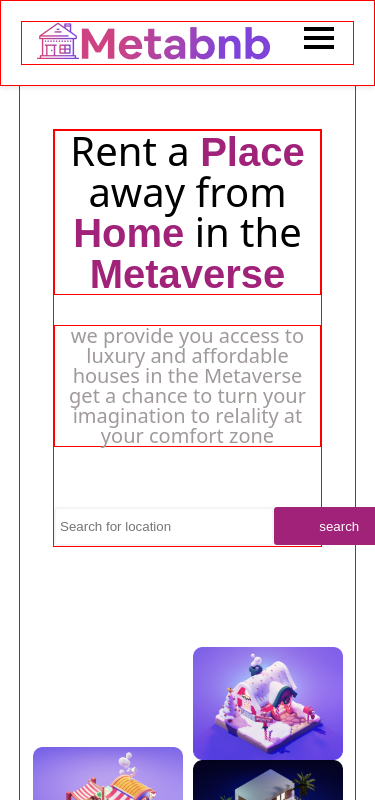
Repository: trenzyfx1/Metabnb
Page: index.html
These files come from the project's save history. The page is drawn as it stood at one moment and after a run of saves; the edit follows.
The browser window is 375 px wide. The pictures show the whole page.
An inner scrolling area shows only its first screen.

Above is the page before, as saved 2025-05-12 15:19:34.

### index.html
<!DOCTYPE html>
<html lang="en">

<head>
    <meta charset="UTF-8">
    <meta name="viewport" content="width=device-width, initial-scale=1.0">
    <link rel="stylesheet" href="./style.css">
    <link rel="icon" href="/images/Capture.PNG" type="image/x-icon">
    <link rel="stylesheet" href="https://cdnjs.cloudflare.com/ajax/libs/font-awesome/4.7.0/css/font-awesome.min.css">
    <title>Metabnb</title>
</head>

<body>
    <header class="desktop-header">
        <a href="#" class="logo-container">
            <img class="logo" src="./images/logo.png" alt="logo">
        </a>
        <nav>
            <ul class="desktop-menu">
                <li><a class="a" href="home">Home</a></li>
                <li><a class="a" href="place to stay">Place to Stay</a></li>
                <li><a class="a" href="nfts">NFTs</a></li>
                <li><a class="a" href="community">Community</a></li>
            </ul>
        </nav>
        <div>
            <button type="button" class="connect">Connect Wallet</button>
        </div>
    </header>
    <header class="moblie-header">
        <nav class="navbar">
            <div>
                <a href="#" class="logo-container">
                    <img class="logo" src="./images/logo.png" alt="logo">
                </a>
            </div>
            <div class="menu-icon" id="menu-icon">
                <div class="line"></div>
                <div class="line"></div>
                <div class="line"></div>
            </div>
        </nav>
        <nav class="menu" id="menu">
            <ul>
                <li><a class="a" href="">Home</a></li>
                <li><a class="a" href="">Place to Stay</a></li>
                <li><a class="a" href="">NFTs</a></li>
                <li><a class="a" href="">Community</a></li>
            </ul>
            <div>
                <button type="button" class="connect">Connect Wallet</button>
            </div>
        </nav>
    </header>

    <section class="intro-section">
        <div class="body">
            <div class="welcome1">
                <h1 class="welcome">Rent a <span>Place</span> away from <span>Home</span> in the <span>Metaverse</span>
                </h1>
                <p class="p">we provide you access to luxury and affordable houses
                    in the Metaverse get a chance to turn your
                    imagination to relality at your comfort zone
                </p>
            </div>
            <div class="welcome2">
                <h1 class="welcome">Rent a <span>Place</span> away from <span>Home</span> in the <span>Metaverse</span>
                </h1>
                <p class="p">we provide you access to luxury and affordable houses
                    in the Metaverse get a chance to turn your
                    imagination to relality at your comfort zone
                </p>
            </div>
            <div class="input">
                <input type="text" placeholder=" Search for location">
                <button class="search" type="button">search</button>
            </div>
        </div>
        <div class="image-container">
            <div class="image-container1">
                <img src="./images/image1.png" alt="">
                <img src="./images/image3.png" alt="">
            </div>
            <div class="image-container2">
                <img src="./images/image2.png" alt="">
                <img src="./images/image4.png" alt="">
            </div>
        </div>
    </section>
    <section class="partners-section">
        <div class="section">
            <ul class="ul">
                <li>
                    <img class="logo1" src="./images/logo1.png" alt="1">
                    <p>MBToken</p>
                </li>
                <li>
                    <img class="logo2" src="./images/logo2.png" alt="2">
                    <p>METAMASK</p>
                </li>
                <li>
                    <img class="logo3" src="./images/logo3.png" alt="3">
                    <p> OpenSea</p>
                </li>
            </ul>
        </div>
    </section>
    <div class="desertking">
        <h2 class="h2">Inspiration for your next adventure</h2>
        <div class="desertking-cards">
            <div class="frame">
                <div class="heart">
                    <i class="fa fa-heart"></i>
                </div>
                <div class="img-div">
                    <img src="./images/Frame1.png" alt="places1">
                </div>
                <div class="div-text-cont">
                    <div class="div-text">
                        <p>Desert king</p>
                        <p>1MBT per night.</p>
                    </div>
                    <div class="div-text">
                        <p>1345km away</p>
                        <p>avaliable for two weeks stay.</p>
                    </div>
                </div>
                <div>
                    <ul class="star">
                        <li> <i class="fa fa-star"></i></li>
                        <li> <i class="fa fa-star"></i></li>
                        <li> <i class="fa fa-star"></i></li>
                        <li> <i class="fa fa-star"></i></li>
                        <li> <i class="fa fa-star"></i></li>
                    </ul>
                </div>
            </div>

            <div class="frame">
                <div class="heart">
                    <i class="fa fa-heart"></i>
                </div>
                <div class="img-div">
                    <img src="./images/Frame2.png" alt="places2">
                </div>
                <div class="div-text-cont">
                    <div class="div-text">
                        <p>Desert king</p>
                        <p>1MBT per night.</p>
                    </div>
                    <div class="div-text">
                        <p>1345km away</p>
                        <p>avaliable for two weeks stay.</p>
                    </div>
                </div>
                <div>
                    <ul class="star">
                        <li> <i class="fa fa-star"></i></li>
                        <li> <i class="fa fa-star"></i></li>
                        <li> <i class="fa fa-star"></i></li>
                        <li> <i class="fa fa-star"></i></li>
                        <li> <i class="fa fa-star"></i></li>
                    </ul>
                </div>
            </div>

            <div class="frame">
                <div class="heart">
                    <i class="fa fa-heart"></i>
                </div>
                <div class="img-div">
                    <img src="./images/Frame3.png" alt="places3">
                </div>
                <div class="div-text-cont">
                    <div class="div-text">
                        <p>Desert king</p>
                        <p>1MBT per night.</p>
                    </div>
                    <div class="div-text">
                        <p>1345km away</p>
                        <p>avaliable for two weeks stay.</p>
                    </div>
                </div>
                <div>
                    <ul class="star">
                        <li> <i class="fa fa-star"></i></li>
                        <li> <i class="fa fa-star"></i></li>
                        <li> <i class="fa fa-star"></i></li>
                        <li> <i class="fa fa-star"></i></li>
                        <li> <i class="fa fa-star"></i></li>
                    </ul>
                </div>
            </div>

            <div class="frame">
                <div class="heart">
                    <i class="fa fa-heart"></i>
                </div>
                <div class="img-div">
                    <img src="./images/Frame4.png" alt="places4">
                </div>
                <div class="div-text-cont">
                    <div class="div-text">
                        <p>Desert king</p>
                        <p>1MBT per night.</p>
                    </div>
                    <div class="div-text">
                        <p>1345km away</p>
                        <p>avaliable for two weeks stay.</p>
                    </div>
                </div>
                <div>
                    <ul class="star">
                        <li> <i class="fa fa-star"></i></li>
                        <li> <i class="fa fa-star"></i></li>
                        <li> <i class="fa fa-star"></i></li>
                        <li> <i class="fa fa-star"></i></li>
                        <li> <i class="fa fa-star"></i></li>
                    </ul>
                </div>
            </div>

            <div class="frame">
                <div class="heart">
                    <i class="fa fa-heart"></i>
                </div>
                <div class="img-div">
                    <img src="./images/Frame5.png" alt="places5">
                </div>
                <div class="div-text-cont">
                    <div class="div-text">
                        <p>Desert king</p>
                        <p>1MBT per night.</p>
                    </div>
                    <div class="div-text">
                        <p>1345km away</p>
                        <p>avaliable for two weeks stay.</p>
                    </div>
                </div>
                <div>
                    <ul class="star">
                        <li> <i class="fa fa-star"></i></li>
                        <li> <i class="fa fa-star"></i></li>
                        <li> <i class="fa fa-star"></i></li>
                        <li> <i class="fa fa-star"></i></li>
                        <li> <i class="fa fa-star"></i></li>
                    </ul>
                </div>
            </div>

            <div class="frame">
                <div class="heart">
                    <i class="fa fa-heart"></i>
                </div>
                <div class="img-div">
                    <img src="./images/Frame6.png" alt="places6">
                </div>
                <div class="div-text-cont">
                    <div class="div-text">
                        <p>Desert king</p>
                        <p>1MBT per night.</p>
                    </div>
                    <div class="div-text">
                        <p>1345km away</p>
                        <p>avaliable for two weeks stay.</p>
                    </div>
                </div>
                <div>
                    <ul class="star">
                        <li> <i class="fa fa-star"></i></li>
                        <li> <i class="fa fa-star"></i></li>
                        <li> <i class="fa fa-star"></i></li>
                        <li> <i class="fa fa-star"></i></li>
                        <li> <i class="fa fa-star"></i></li>
                    </ul>
                </div>
            </div>

            <div class="frame">
                <div class="heart">
                    <i class="fa fa-heart"></i>
                </div>
                <div class="img-div">
                    <img src="./images/Frame7.png" alt="places7">
                </div>
                <div class="div-text-cont">
                    <div class="div-text">
                        <p>Desert king</p>
                        <p>1MBT per night.</p>
                    </div>
                    <div class="div-text">
                        <p>1345km away</p>
                        <p>avaliable for two weeks stay.</p>
                    </div>
                </div>
                <div>
                    <ul class="star">
                        <li> <i class="fa fa-star"></i></li>
                        <li> <i class="fa fa-star"></i></li>
                        <li> <i class="fa fa-star"></i></li>
                        <li> <i class="fa fa-star"></i></li>
                        <li> <i class="fa fa-star"></i></li>
                    </ul>
                </div>
            </div>

            <div class="frame">
                <div class="heart">
                    <i class="fa fa-heart"></i>
                </div>
                <div class="img-div">
                    <img src="./images/Frame8.png" alt="places8">
                </div>
                <div class="div-text-cont">
                    <div class="div-text">
                        <p>Desert king</p>
                        <p>1MBT per night.</p>
                    </div>
                    <div class="div-text">
                        <p>1345km away</p>
                        <p>avaliable for two weeks stay.</p>
                    </div>
                </div>
                <div>
                    <ul class="star">
                        <li> <i class="fa fa-star"></i></li>
                        <li> <i class="fa fa-star"></i></li>
                        <li> <i class="fa fa-star"></i></li>
                        <li> <i class="fa fa-star"></i></li>
                        <li> <i class="fa fa-star"></i></li>
                    </ul>
                </div>
            </div>
        </div>
    </div>
    <div class="NFTs">
        <div class="NFTs-container">
            <div class="desktop-nfts">
                <h1 class="section3">Metabnb NFTs</h1>
                <p class="discover">discover your NFTs gift cards collections, loyal <br>
                    costomers get amazing gift cars which are <br>
                    traded as NFTs, these NFTs gives our costomers access <br>
                    to loads of our exclusive services.
                </p>
                <button type="button" class="learn-more">learn more</button>
            </div>
            <div class="moblie-nfts-480">
                <h1 class="section3">Metabnb NFTs</h1>
                <p class="discover">discover your NFTs gift cards collections, loyal <br>
                    costomers get amazing gift cars which are <br>
                    traded as NFTs, these NFTs gives our costomers access <br>
                    to loads of our exclusive services.
                </p>
                <button type="button" class="learn-more">learn more</button>
            </div>
            <div class="moblie-nfts-768">
                <h1 class="section3">Metabnb NFTs</h1>
                <p class="discover">discover your NFTs gift cards collections, loyal <br>
                    costomers get amazing gift cars which are <br>
                    traded as NFTs, these NFTs gives our costomers access <br>
                    to loads of our exclusive services.
                </p>
                <button type="button" class="learn-more">learn more</button>
            </div>
        </div>
        <div class="rooms">
            <img src="./images/rooms.png" alt="rooms">
        </div>
    </div>
    <footer>
        <div class="footer-items ">
            <div class="home">
                <img class="home" src="./images/Vector2.png" alt="NFTs">
                <h1 class="footer">Metabnb</h1>
            </div>
            <div class="facebook">
                <img src="./images/facebook.png" alt="facebook"><br>
                <img src="./images/instagram.png" alt="IG"><br>
                <img src="./images/twitter.png" alt="x">
            </div>
        </div>
        <div class="footer-links">
            <div class="footer-container footer-mobile">
                <h2>hub</h2>
                <a href="">NFT</a>
                <a href="">tokens</a>
                <a href="">discord</a>
                <a href="">landlords</a>
            </div>
            <div class="footer-container footer-mobile">
                <h2>places</h2>
                <a href="">farms</a>
                <a href="">beach</a>
                <a href="">learn</a>
                <a href="">castle</a>
            </div>
            <div class="footer-container footer-mobile">
                <h2>about</h2>
                <a href="">road</a>
                <a href="">creators</a>
                <a href="">career</a>
                <a href="">contact</a>
            </div>
        </div>
        <h6 class="h6">@ 2022 Metabnb</h6>
    </footer>


    <script src="./moblie.js"></script>
</body>

</html>

### style.css
* {
    margin: 0;
    padding: 0;
    box-sizing: border-box;
    font-family: Arial, sans-serif;
  }

html,
body {
    padding: 0;
    margin: 0;
    width: 100%;
    height: 100vh;
    overflow-x: hidden;
    font-family: sans-serif;
    background-color: #fff;
    transition: background-color 0.3s, color 0.3s;
    scroll-behavior: smooth;
}

.desktop-header,
nav,
.desktop-menu,
.intro-section,
.input,
.star {
    display: flex;
    flex-direction: row;

}

.desktop-header {
    justify-content: space-between;
    padding: 30px 100px;
}

.moblie-header {
    display: none;
}



ul,
li {
    justify-content: center;
    align-items: center;
    gap: 50px;


}



.a {
    text-decoration: none;
    color: #000;
}

li {
    list-style: none;
}


.connect {
    border: none;
    border-radius: 10px;
    background-color: #A02279;
    color: #fff;
    height: 48px;
    width: 170px;
    cursor: pointer;
    transition: background-color 0.5s ease, transform 0.3s ease ;

}

.moblie-header .connect {
    border: none;
    border-radius: 10px;
    background-color: #fff;
    color: #000;
    height: 48px;
    width: 100px;
    cursor: pointer
}

.welcome2 {
    display: none;
}

.intro-section {
    margin: 100px;
    justify-content: space-between;
    /* max-height: 459px; */
    font-family: sans-serif;
}

.intro-section .body {
    width: 646px;
    display: flex;
    flex-direction: column;
    gap: 30px;
}

.intro-section .body h1 {
    font-weight: 500;
    font-size: 50px;
    line-height: 1;

}

.intro-section .body p {
    font-size: 20px;
    color: #a09a9a;

}

span {
    color: #A02279;
    font-weight: bold;
}



.intro-section .body .input input {
    width: 220px;
    padding-top: 10px;
    padding-bottom: 10px;
    border-radius: 3px;
    border: 2.5px solid whitesmoke;
}

.search {
    border: none;
    border-radius: 3px;
    background-color: #A02279;
    color: #fff;
    height: 38px;
    width: 130px;
    cursor: pointer;
    transition: background-color 0.5s ease, transform 0.3s ease ;
}

.intro-section .image-container {
    display: flex;
    flex-direction: row;
    gap: 10px;
}

.intro-section .image-container .image-container1 {
    margin-top: 100px;
    display: flex;
    flex-direction: column;


}

.intro-section .image-container .image-container2 {
    display: flex;
    flex-direction: column;

}

.partners-section {
    background-color: #A02279;
    color: #fff;
}

.partners-section .section ul {
    display: flex;
    flex-direction: row;
    gap: 10px;
    justify-content: space-around;
}

.partners-section .section ul li {
    display: flex;
    flex-direction: row;
    gap: 10px;
    font-weight: bold;
    font-family: sans-serif;

}


.desertking {
    /* margin: 100px; */
    margin: 50px;
}

.h2 {
    text-align: center;
    font-family: sans-serif;
}



.desertking-cards {
    display: flex;
    flex-direction: row;
    gap: 20px;
    flex-wrap: wrap;

}

.frame {
    background-color: #fff;
    padding: 20px;
    border-radius: 15px;
    border: 0.5px solid #000;
    position: relative;
    max-width: 100%;
    box-shadow: 0 4px 6px rgba(0, 0, 0, 0.1);
    transition: transform 0.5s ease, box-shadow 0.3s ease;
}

.frame:hover {
    transform: scale(1.05);
    box-shadow: 0 8px 12px rgba(0, 0, 0, 0.2);
}

.frame .img-div {
    max-width: 100%;
}

.frame .img-div img {
    width: 100%;
}


.div-text {
    display: flex;
    flex-direction: row;
    justify-content: space-around;
    gap: 5px;
    font-size: 16px;
    max-width: 100%;
}

.heart {
    position: absolute;
    left: 265px;
    top: 29px;
    font-size: 25px;
    color: #fff;
}

.star {
    display: flex;
    gap: 10px;
    color: #A02279;
    justify-content: left;
    padding: 0%;

}

.moblie-nfts-768, .moblie-nfts-480 {
    display: none;
}

.desktop-nfts {
    display: flex;
    flex-direction: column;
}


.NFTs {
    background-color: #A02279;
    color: #fff;
    padding: 60px 100px;
    display: flex;
    flex-direction: row;
    justify-content: space-between;
    line-height: 40px;
    max-width: 100%;
}

.NFTs .NFTs-container {
    margin-top: 150px;
}

.learn-more {
    border: none;
    border-radius: 7px;
    background-color: #fff;
    color: #A02279;
    height: 38px;
    width: 130px;
    cursor: pointer;
    transition: background-color 0.5s ease, transform 0.3s ease ;

}

button:hover {
    background-color: red;
    color: #000;
    transform: scale(1.1);
}


footer {
    background-color: #000;
    color: #fff;
    display: flex;
    flex-direction: row;
    padding: 50px 100px;
    justify-content: space-between;
    align-items: center;
    max-width: 100%;
    text-transform: capitalize;
}

footer .footer-links {
    display: flex;
    flex-direction: row;
    justify-content: space-between;
    width: 70%;
}


.home {
    display: flex;
    flex-direction: row;
    align-items: center;
}


.footer-container {
    display: flex;
    flex-direction: column;
    gap: 20px;
    justify-content: space-between;
    line-height: 20px;

}

a {
    color: #fff;
    text-decoration: none;
}


footer .footer-items .facebook,
.h6 {
    display: flex;
    flex-direction: row;
    justify-content: space-between;
    gap: 10px;
    cursor: pointer;
    margin: 50px 0;
}

@media (max-width: 1000px) {

    .full-body {
        max-width: 100%;
    }

    .desktop-header {
        display: none;
    }

    .moblie-header {
        padding: 20px;
        display: flex;
        flex-direction: row;
        justify-content: space-between;
        position: fixed;
        top: 0;
        left: 0;
        width: 100%;
        border: 1px solid red;
        z-index: 1000;
        box-shadow: 0 2px 5px rgb(0, 0, 0, 0.1);
        background-color: #fff;

    }

    .moblie-header .navbar {
        display: flex;
        flex-direction: row;
        border: 1px solid red;
        width: 100%;
        justify-content: space-between;
        /* gap: 100%; */

    }

    .moblie-header .menu-icon .line {
        width: 30px;
        height: 4px;
        background-color: #000;
        margin: 5px;
    }

    .menu {
        display: none;
        gap: 10px;
        flex-direction: column;
        padding: 10px 20px;
        margin: 0;
        background-color: #A02279;
        position: absolute;
        top: 70px;
        right: 0;
        width: 50%;
        border-radius: 5px;
    }

    .a {
        color: #fff;
        line-height: 2;
    }

    .moblie-header .menu.active {
        display: flex;
    }

    .intro-section {
        margin: auto;
        text-align: center;
        padding-top: 8pc;
    }

    .body, .image-container {
        width: 80% !important;
        margin: auto;
        text-align: center;
    }

    .welcome1 {
        display: none;
    }

    .welcome2 {
        display: flex;
        flex-direction: column;
        gap: 0;
    }

    .input {
        margin: auto;
        /* align-items: center; */
    }


    .image-container {
        margin: 20px auto;
        display: flex;
        justify-content: center;
        /* max-width: 100%; */
        /* margin-left: 70px; */

    }

    .image-container1 img,
    .image-container2 img {
        width: 200px !important;
    }


    .body,
    .welcome,
    .p {
        /* font-size: 10px;
        width: 300px; */
        text-align: center;
        font-family: system-ui, -apple-system, BlinkMacSystemFont, 'Segoe UI', Roboto, Oxygen, Ubuntu, Cantarell, 'Open Sans', 'Helvetica Neue', sans-serif;
        line-height: 1;
    }


    /* .body,
    .partners-section {
        max-width: 100%;

    } */

    .partners-section {
        /* margin-top: 650px; */
        width: 100%;
        /* padding-right: 200px; */
    }

    .intro-section,
    .NFTs {
        flex-direction: column;
        gap: 50px;
    }

    .desertking {
        margin: 50px;
    }


    .heart {
        display: none;
    }


    .desktop-nfts {
        display: none;
    }

    .moblie-nfts-480 {
        display: none;
    }

    .moblie-nfts-768 {
        display: flex;
        flex-direction: column;
        font-size: 25px;
    }

    .NFTs {
        padding-left: 20px;
        padding-top: 0px;
    }

    .NFTs-container {
        padding: 0;
        margin: 0;
    }

    .NFTs img {
        max-width: 100%;
        width: 100%;
    }

    footer {
        flex-wrap: wrap;
        max-width: 100%;
        padding-bottom: 0;
    }

    .footer-items {
        display: flex;
        flex-direction: row;
        gap: 100px;
        margin-left: -50px;
        /* font-size: 28px; */
    }

    footer .footer-links {
        gap: 50px;
        display: flex;
        flex-wrap: nowrap;
        padding: 30px;
        justify-content: center;
        text-align: center;
        /* font-size: 26px; */
    }

    footer .footer-links h2 {
        text-transform: capitalize;
        font-weight: lighter;
    }

}


@media (max-width: 480px) {

    body {
        max-width: 100% !important;
    }

    .desktop-header {
        display: none;
    }

    .moblie-header {
        padding: 20px;
        display: flex;
        flex-direction: row;
        gap: 60px;
        position: fixed;
        top: 0;
        left: 0;
        width: 100%;
        z-index: 1000;
        box-shadow: 0 2px 5px rgb(0, 0, 0, 0.1);
        background-color: #fff;

    }

    .moblie-header .menu-icon .line {
        width: 30px;
        height: 4px;
        background-color: #000;
        margin: 5px;
    }

    .menu {
        display: none;
        gap: 10px;
        flex-direction: column;
        padding: 10px 20px;
        margin: 0;
        background-color: #A02279;
        position: absolute;
        top: 70px;
        right: 0;
        width: 50%;
        border-radius: 5px;
    }

    .a {
        color: #fff;
        line-height: 2;
    }

    .moblie-header .menu.active {
        display: flex;
    }

    .navbar {
        display: flex !important;
        flex-direction: row !important;
        justify-content: space-around !important;
    }

    .i

    .image-container {
        border: 1px solid red;
        margin: auto;
    }


    .image-container1 img, .image-container2 img {
        width: 150px !important;
    }

    /* .image-container1,
    .image-container2 {
        width: 70%;
    } */

    .intro-section {
        width: 90%;
        margin: auto;
        padding-top: 8pc;
        border: 1px solid red;
    }

    .welcome {
        font-size: 40px !important;
    }


    .body,
    .welcome,
    .p {
        border: 1px solid red;
        font-size: 10px;
        width: 100%;
        text-align: center;
        margin-bottom: 30px;
        font-family: system-ui, -apple-system, BlinkMacSystemFont, 'Segoe UI', Roboto, Oxygen, Ubuntu, Cantarell, 'Open Sans', 'Helvetica Neue', sans-serif;
        line-height: 1;
    }


    .body,
    .partners-section {
        max-width: 100%;

    }

    .partners-section {
        max-width: 100%;
        padding-right: 200px;
    }

    .intro-section,
    .NFTs {
        flex-direction: column;
        gap: 50px;
    }

    .desertking {
        /* max-width: 100%; */
        padding: 30px;
    }

    .heart {
        display: none;
    }

    .moblie-nfts-480 {
        display: flex;
        flex-direction: column;
    }

    .moblie-nfts-768 {
        display: none;
    }

    /* .desktop-nfts {
        display: flex;
        flex-direction: column;
    } */

    .NFTs {
        padding-left: 20px;
        padding-top: 0px;
    }

    .NFTs-container {
        padding: 0;
        margin: 0;
    }

    .NFTs img {
        max-width: 100%;
        width: 100%;
    }

    footer {
        flex-wrap: wrap;
        /* max-width: 100%; */
        padding-bottom: 0;
    }

    .footer-items {
        display: flex;
        flex-direction: row;
        gap: 100px;
        margin-left: -50px;
    }

    footer .footer-links {
        gap: 50px;
        display: flex;
        flex-wrap: nowrap;
        padding: 20px;
        justify-content: center;
        text-align: center;

    }

    footer .footer-links h2 {
        text-transform: capitalize;
        font-weight: lighter;
    }


}

### moblie.js
document.addEventListener("DOMContentLoaded", () => {
    const menuIcon = document.getElementById ("menu-icon");
    const menu = document.getElementById("menu");


    menuIcon.addEventListener("click", function() {
        menu.classList.toggle("active");

    });
});

After the next 4 saves:
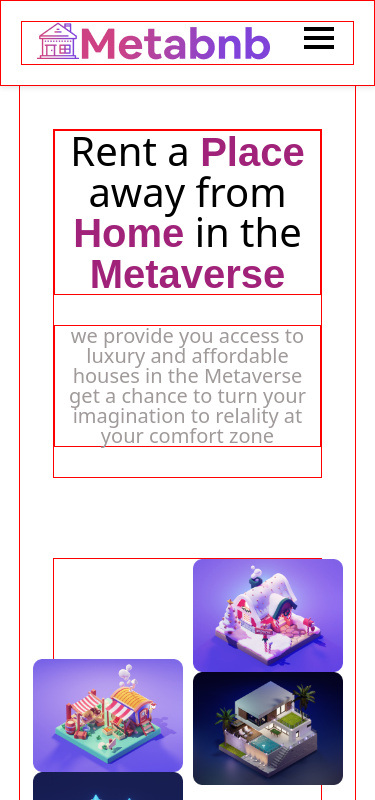
The 4 saves are shown as one change because they came seconds apart.
The last was saved 10 s later.
--- a/style.css
+++ b/style.css
@@ -619,7 +619,9 @@
         justify-content: space-around !important;
     }
 
-    .i
+    .input {
+        display: none;
+    }
 
     .image-container {
         border: 1px solid red;
